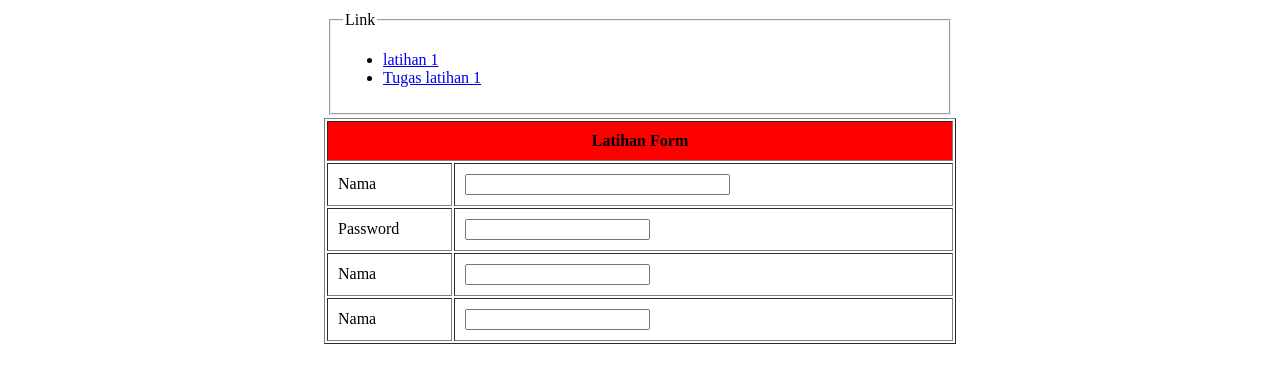
Repository: AHSANS354/tugas-sib5
Page: latihanform.html
These files come from the project's save history. The page is drawn as it stood at one moment and after the next save; the edit follows.
The browser window is 1280 px wide. The pictures show the whole page.

Above is the page before, as saved 2023-08-21 11:33:32.

After the next save:
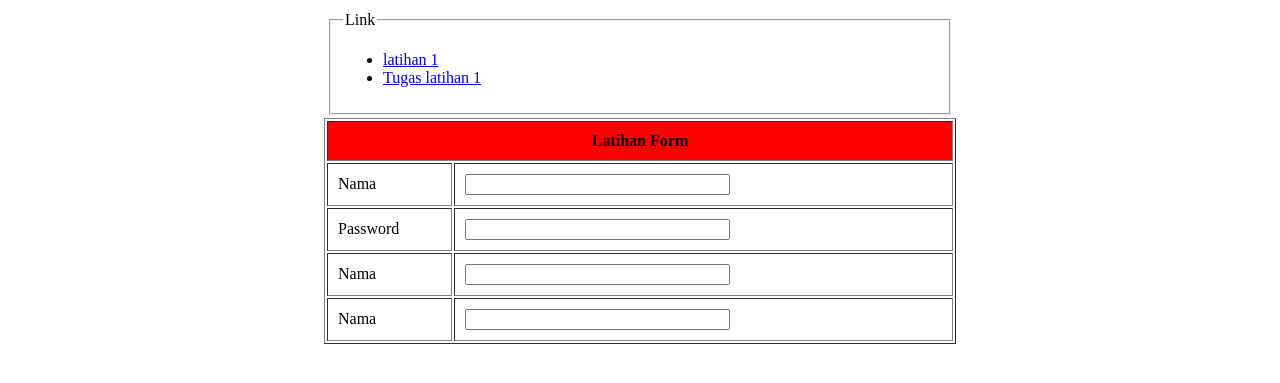
Saved 6 s later.
--- a/latihanform.html
+++ b/latihanform.html
@@ -37,19 +37,19 @@
       <tr>
         <td width="20%">Password</td>
         <td>
-          <input type="password" />
+          <input type="password" size="30" />
         </td>
       </tr>
       <tr>
         <td width="20%">Nama</td>
         <td>
-          <input type="text" />
+          <input type="text" size="30" />
         </td>
       </tr>
       <tr>
         <td width="20%">Nama</td>
         <td>
-          <input type="text" />
+          <input type="text" size="30" />
         </td>
       </tr>
     </table>
